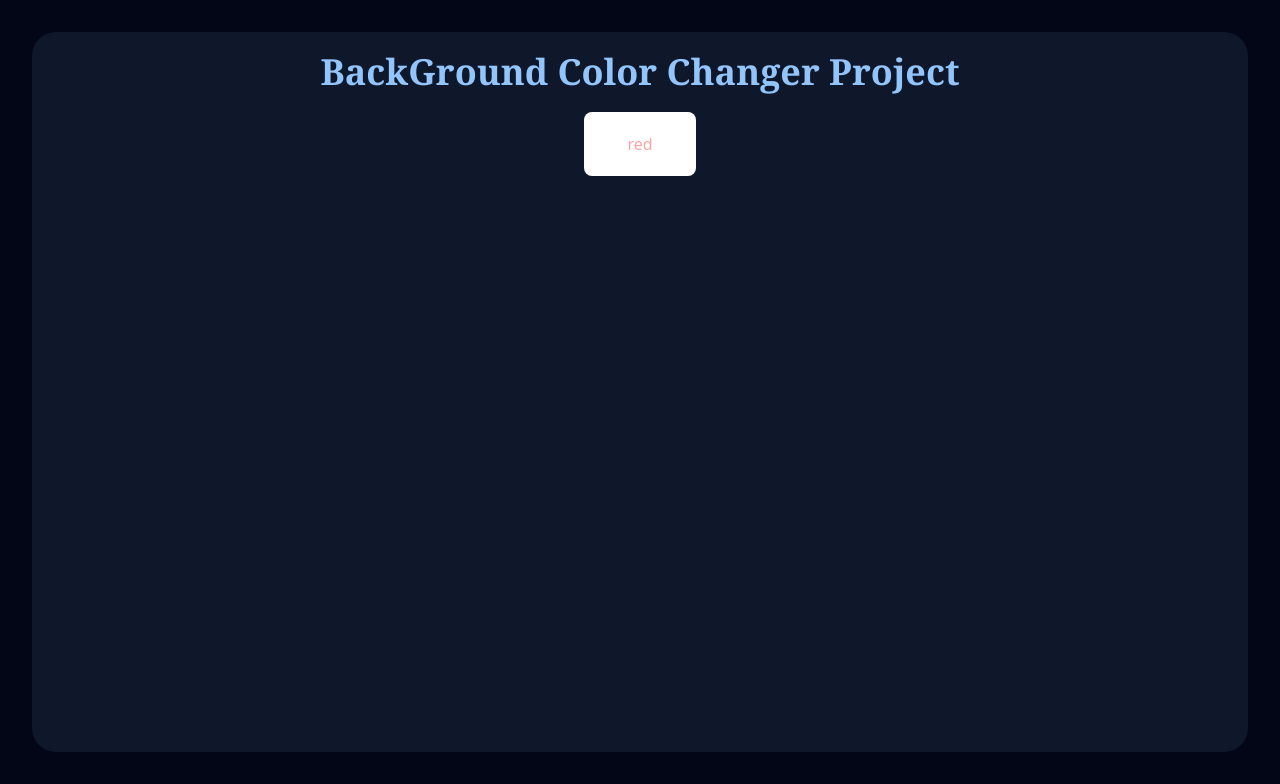
Repository: ChaitanyMishra/react-daily-work
Page: / (app in day-04-react/bg_color_changer/)
An editor plug-in stored every save of this project. The page is shown before and after the next save, followed by the edit.
The browser window is 1280 px wide. The pictures show the whole page.
The project was rebuilt for these pictures with package versions that can differ from the ones it lists, and the page was loaded fresh each time. Also part of the build but not shown: day-04-react/bg_color_changer/vite.config.js.

Above is the page before, as saved 2025-06-20 16:54:50.

After the next save:
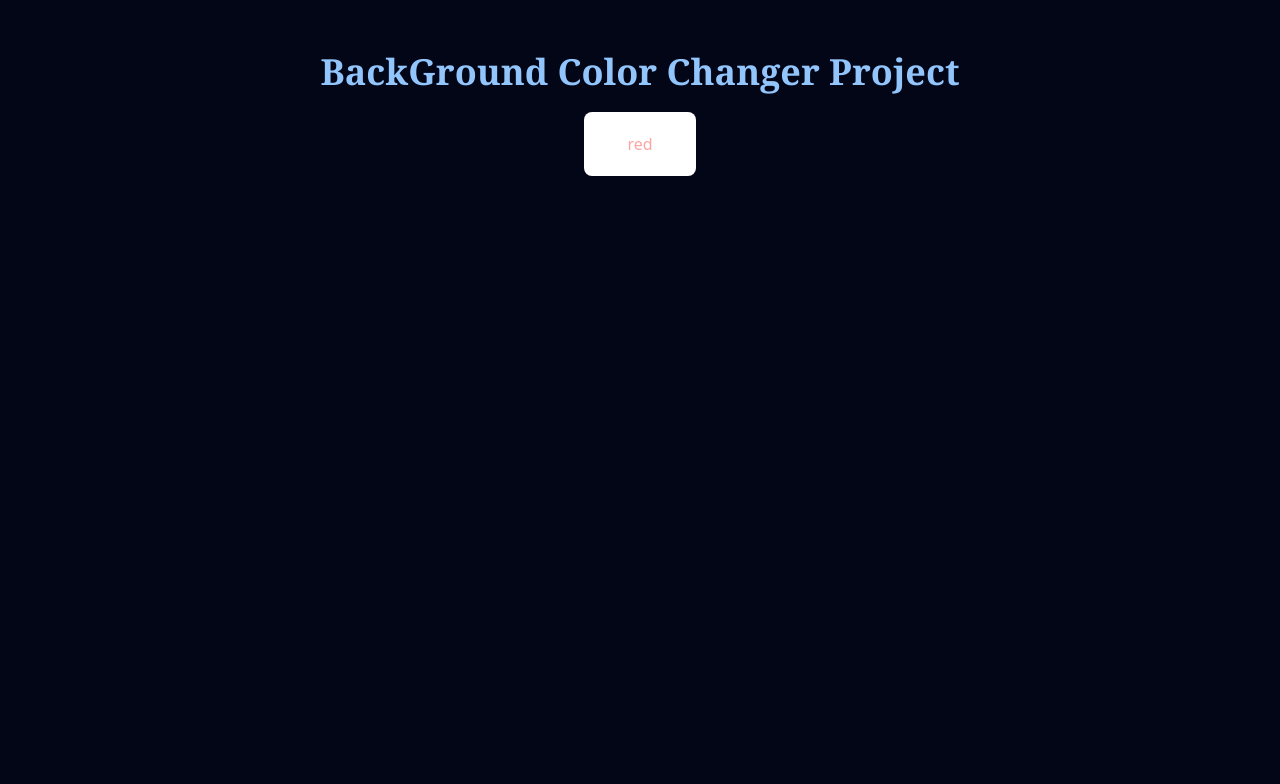
Saved 36 s later.
--- a/day-04-react/bg_color_changer/src/App.jsx
+++ b/day-04-react/bg_color_changer/src/App.jsx
@@ -7,7 +7,7 @@
   const [colorState , changeColor] = useState("olvie")
 
   return (
-    <div className='w-full h-screen bg-slate-900 rounded-3xl ' style={{backgroundColor: colorState}}>
+    <div className='w-full h-screen rounded-3xl ' style={{backgroundColor: colorState}}>
 
     <h1 className=' pt-5 text-4xl font-serif font-bold text-blue-300 '>BackGround Color Changer Project</h1>
      <button className="bg-white text-red-300 m-5 p-5 rounded-lg w-[7rem]  ">red</button>

After the 3 saves that followed:
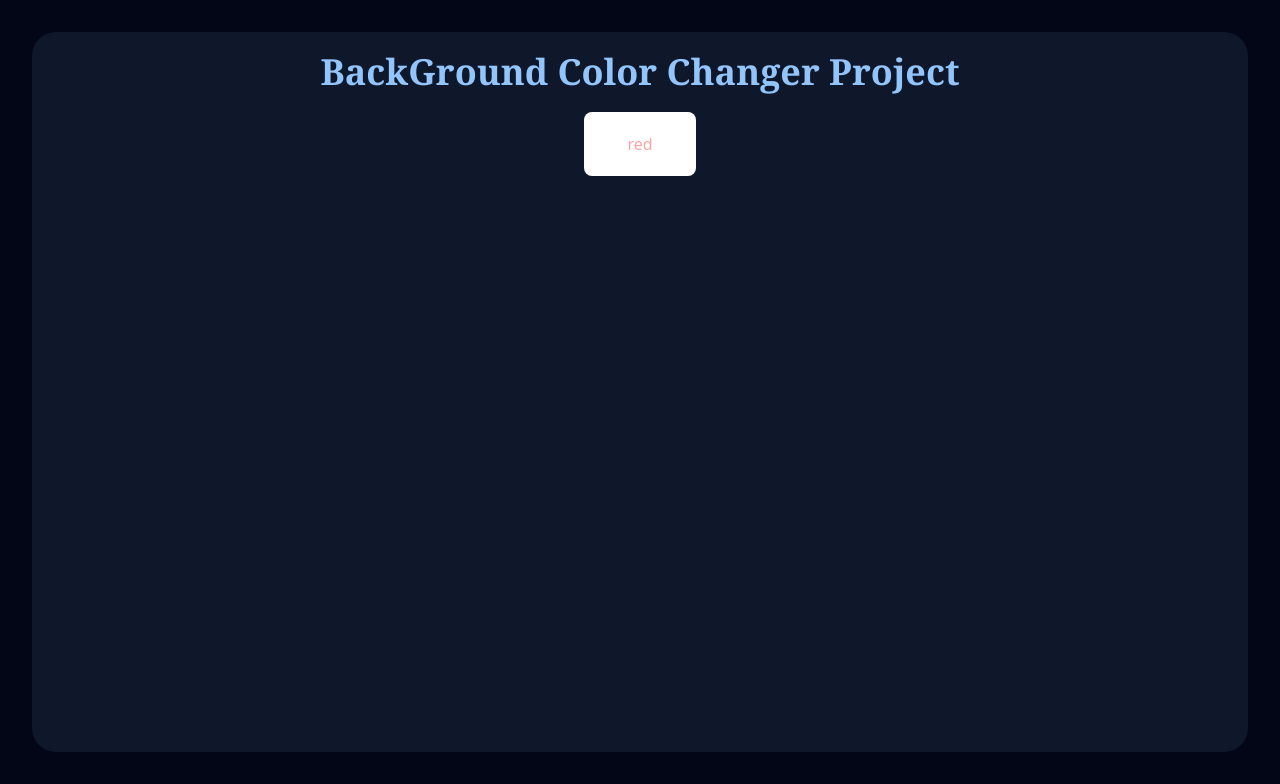
The 3 saves are shown as one change because 1 left the picture as it was and some came seconds apart.
The last was saved 25 s later.
--- a/day-04-react/bg_color_changer/src/App.jsx
+++ b/day-04-react/bg_color_changer/src/App.jsx
@@ -7,7 +7,7 @@
   const [colorState , changeColor] = useState("olvie")
 
   return (
-    <div className='w-full h-screen rounded-3xl ' style={{backgroundColor: colorState}}>
+    <div className='w-full h-screen bg-slate-900 rounded-3xl ' style={{backgroundColor: colorState}}>
 
     <h1 className=' pt-5 text-4xl font-serif font-bold text-blue-300 '>BackGround Color Changer Project</h1>
      <button className="bg-white text-red-300 m-5 p-5 rounded-lg w-[7rem]  ">red</button>
